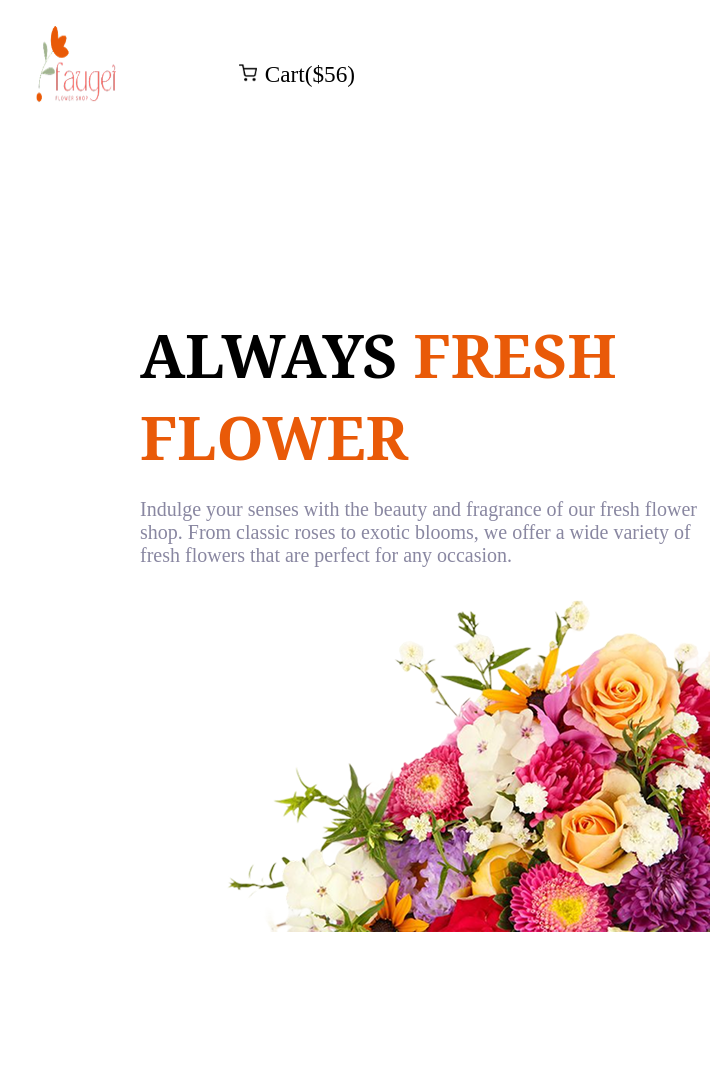
Repository: dollyrakhe22/Flowers-main-website
Page: index.html
The author's editor kept a copy of each file at every save. The page is drawn from the files as they stood at one save, then again after the next save.
The browser window is 375 px wide. The page is 710 px wide, so the pictures cover 710 px, including what lies to the right of the window. The pictures show the whole page.
Some web libraries are served in a nearby version.

Above is the page before, as saved 2025-07-25 01:49:48.

### index.html
<!DOCTYPE html>
<html lang="en">
<head>
    <meta charset="UTF-8">
    <meta name="viewport" content="width=device-width, initial-scale=1.0">
    <title>Flowers Site</title>
    <link rel="stylesheet" href="style.css">
    <link rel="stylesheet" href="https://cdnjs.cloudflare.com/ajax/libs/font-awesome/7.0.0/css/all.min.css" integrity="sha512-DxV+EoADOkOygM4IR9yXP8Sb2qwgidEmeqAEmDKIOfPRQZOWbXCzLC6vjbZyy0vPisbH2SyW27+ddLVCN+OMzQ==" crossorigin="anonymous" referrerpolicy="no-referrer" />
</head>
<body >
  <!--Header-Section -->
    <header>
           <nav class="nav-bar display-flex">
                <img src="assets/logo.png" alt="" srcset="">

                   <ul class="list-link display-flex ">

                <li class="list-item text-black ">Home</li>
                <li class="list-item text-gray">Shop</li>
                <li class="list-item text-gray">About us</li>
                <li class="shopping"><img src="assets/shopping-cart (1).jpg"id="shopping-card" alt="" srcset=""width="15px" height="15px">Cart($56)</li>
             </ul>
           </nav>
           </header>
   <main>
  <!--Fresh Flowers-->
   <!---->
 <section class="flower-section display-flex" hidden>
  <div class="fresh-flower">
   <h1 class="flower-title noto-serif-normal">ALWAYS <span class="primary-color">FRESH<br> FLOWER</span></h1>
   <p class="flower-description text-gray">Indulge your senses with the beauty and fragrance of our fresh flower shop. From classic roses to exotic blooms,
     we offer a wide variety of fresh flowers that are perfect for any occasion. </p>
  </div>
  <div class="flower-img">
    <img src="assets/hero-flower.png" alt="" srcset="">
  </div>

 </section>
 <!--Plants--
<section class="plants-section" hidden>

    <h1 class="plant-title noto-serif-normal"><span class="primary-color">Our</span> Plants</h1>
    <p class="plant-description text-gray">Indulge your senses with the beauty
      and fragrance  of our fresh flower shop. <span style="display: block;"> From classic roses to exotic blooms,a wide variety of fresh.</span>
     </p>
</section>
<!--Plant-Card-Container--
<section hidden>
<div class="card-container">
  <div class="plant-card">
    <img src="assets/sample-flower-image.png" alt="" srcset="">
    <h4 class="lily">Lilly Blossom</h4>
    <p class="price">20 USD</p>
    <button class="btn">ADD TO CART</button>
  </div>
  <div class="plant-card">
    <img src="assets/sample-flower-image.png" alt="" srcset="">
    <h3 class="lily">Lilly Blossom</h3>
    <p class="price">20 USD</p>
    <button class="btn">ADD TO CART</button>
  </div>
  <div class="plant-card">
    <img src="assets/sample-flower-image.png" alt="" srcset="">
    <h3 class="lily">Lilly Blossom</h3>
    <p class="price">20 USD</p>
    <button class="btn">ADD TO CART</button>
  </div>
  <div class="plant-card">
    <img src="assets/sample-flower-image.png" alt="" srcset="">
    <h3 class="lily">Lilly Blossom</h3>
    <p class="price">20 USD</p>
    <button class="btn">ADD TO CART</button>
  </div>

<div class="plant-card">
    <img src="assets/sample-flower-image.png" alt="" srcset="">
    <h3 class="lily">Lilly Blossom</h3>
    <p class="price">20 USD</p>
    <button class="btn">ADD TO CART</button>
  </div>
  <div class="plant-card">
    <img src="assets/sample-flower-image.png" alt="" srcset="">
    <h3 class="lily">Lilly Blossom</h3>
    <p class="price">20 USD</p>
    <button class="btn">ADD TO CART</button>
  </div>
  <div class="plant-card">
    <img src="assets/sample-flower-image.png" alt="" srcset="">
    <h3 class="lily">Lilly Blossom</h3>
    <p class="price">20 USD</p>
    <button class="btn">ADD TO CART</button>
  </div>
  <div class="plant-card">
    <img src="assets/sample-flower-image.png" alt="" srcset="">
    <h3 class="lily">Lilly Blossom</h3>
    <p class="price">20 USD</p>
    <button class="btn">ADD TO CART</button>
  </div>

</div>
</section hidden>
<!--Flowers-Lovers--
<section class="flower-plant display-flex">
  <div class="badge-container">
    <img id="badge" src="assets/trusted-badge.png" alt="" srcset="" >
    <img src="assets/flower-store.png" alt="" srcset="">
  </div>
  <div class="plan-about">
    <h1 class="lover-title noto-serif-normal">Flowers and Plant Lovers</h1>
    <ul class="lover-description">
      <li class="text-gray">Indulge your senses with the beauty and fragrance of our fresh flower shop.
         From classic roses to exotic blooms, we offer a wide variety of fresh.</li>
      <li class="text-gray">Indulge your senses with the beauty and fragrance of our fresh flower shop.
         From classic roses to exotic blooms, we offer a wide variety of fresh.</li>
      <li class="text-gray">Indulge your senses with the beauty and fragrance of our fresh flower shop.
         From classic roses to exotic blooms, we offer a wide variety of fresh.</li>
    </ul>
  </div>
</section>
<!--Latest-Deals--
<section class="latest-section"  hidden>

    <h1 class="latest-title noto-serif-normal"><span class="primary-color">Latest</span> Deals</h1>
    <p class="latest-description text-gray">Indulge your senses with the beauty
      and fragrance  of our fresh flower shop. <span style="display: block;"> From classic roses to exotic blooms,a wide variety of fresh.</span>
     </p>
</section>
<!--Latest-Deals-Box--
 <section class ="latest-box" hidden>
  <div class="row">
    <div class="card" style="background-image:url(assets/deal-bloom.png) " style="background:#C8C8C8;">
        <div class="bloom-text">
          <h4 class="bloom noto-serif-normal">60% Off | Bloom Plant</h4>
         <a href="shop" class="shop">Shop Now</a>

        </div>
      </div>
    <div class="card" style="background-image:url(assets/deal-ana.png)" >
        <div class="bloom-text">
          <h4 class="bloom noto-serif-normal">60% Off | Bloom Plant</h4>
         <a href="shop" class="shop">Shop Now</a>
        </div>

      </div>
  </div>

  <div class="zabo" style="background-image: url(assets/deal-zabo.png);">
  <div class="zabo-text">
    <h1 class="zabo-title noto-serif-normal">25% Off | Zabo Plant</h1>
    <a href="shop" class="zabo-shop">shop Now</a>

  </div>



</div>

 </section>
<!--Search-Section--
<section hidden>
  <div class="branch">

      <h1 class="branch-title noto-serif-normal">Join the colorful Bunch</h1>
       <div class="wrapper">
      <div class="input-data display-flex">
    <input type="text" name="" id="" placeholder="Write email">

    <button class="search-button">Subscribe</button>

      </div>
  </div>
  </div>
</section>

<!--Footer --
<div class="footer display-flex" hidden>
<div class="footer-section">
 <img src="assets/logo.png" alt="" srcset="">
 <p class="text-gray footer-description">Indulge your senses with the
  <br>beauty and fragrance of our fresh <br>flower shop. </p>
</div class="display-flex">


<div class="footer-list">
  <ul>
   <li class="footer-link text-gray" >Home</li>
   <li class="footer-link text-gray">About us</li>
   <li class="footer-link text-gray">Blog</li>
   <li class="footer-link text-gray">FAQ</li>
   <li class="footer-link text-gray">Contact Us</li>

  </ul>
</div>
<div class="footer-list display-flex icon-list">
<div class=" list">
  <ul>
    <li class="footer-link text-gray">Feature</li>
    <li class="footer-link text-gray">Pricing</li>
    <li class="footer-link text-gray">Privacy Of Policy</li>
    <li class="footer-link text-gray">Terms Of Service</li>
    <li class="footer-link text-gray">Help Center</li>
  </ul>

      <span class="social-icon">
      <img src="assets/icon-linkedin.png" alt="" srcset="" width="30px" height="30px" >
    <img src="assets/icon-twitter.png" alt="" srcset=""  width="30px" height="30px" >
    <img src="assets/icon-facebook.png" alt="" srcset="" width="30px" height="30px" >
    <img src="assets/icon-youtube.png" alt="" srcset="" width="30px" height="30px">
      </span>
  </div>
















</div>



    </main>
    <footer>

    </footer>
</body>
</html>

### style.css
@import url('https://fonts.googleapis.com/css2?family=Noto+Serif:ital,wght@0,100..900;1,100..900&display=swap');

*{
    box-sizing: border-box;
    margin: 0;
    padding: 0;
}

.noto-serif-normal{
  font-family: "Noto Serif", serif;
  font-optical-sizing: auto;
  font-style: normal;

}
/*shared style*/
.display-flex{
    display: flex;
}
/*black*/
.text-black{
    color:#252432;
    font-weight: bold;
}
/*dark 02*/
.text-gray{
    color: #8987A1;
}
.primary-color{
    color:#E95A08;
}
/*navbar start*/
.nav-bar{
   justify-content: space-between;
   margin: 20px auto;
   max-width: 1250px;


}
.list-link{
    justify-items: center;
    justify-content: center;
    align-items: center;



}
nav ul li{
    list-style: none;
    margin-right: 30px;
}
#shopping-card{
    margin-right: 8px;
}
/*Fresh Flower*/
.fresh-flower{
    margin-top: 70px;
}
.flower-section{
    max-width: 100%;
   margin: 140px;
   gap: 10px;
}
.flower-title{
      font-size: 3.75rem;
}
.flower-description{
    font-size: 1.25rem;
    margin-top: 20px;
}
/*Plants*/
.plants-section{
  justify-items: center;

}
.plant-title{
    font-size: 2.18rem;
    font-weight: 700;
}
.plant-description{
    font-size: 1.25rem;
    margin-top: 15px;
   text-align: center;

}
/*Plant-Card-Container*/
.card-container{
    max-width: 1150px;
    margin: 45px auto;
    display: grid;
    grid-template-columns: repeat(4,1fr);
    gap: 5px;
}
.plant-card {
    align-items: center;
    justify-items: center;
}
.lily{
    font-size: 1rem;
    font-weight:200;
    margin-top: 10px;
}
.price{
    font-size: 1.06rem;
    font-weight: bold;
    margin-top: 10px;
}
.btn{
   background-color: #E95A08;
   color:white;
   width: 270px;
   height: 33px;
   border: none;
   margin-top: 16px;
   margin-bottom: 12px;
}
/*Flowers and Lover*/
#badge{
    width: 240px;
    height:240px;
    margin-left: 443px;
    margin-bottom: -122px;
    position: relative;

}
.badge-container{
    margin-top: -147px;
}




.flower-plant{
   max-width: 100%;
    margin: 170px 160px ;
     width: 1250px;

}
.plan-about{
    margin-left: -5px;
    width: 300px;
    margin-right: 268px;
    justify-content: center;
    justify-items: center;


}


.flower-plant img{
    width: 590px;
    height: 450px;
}
.lover-title{
    font-size: 50px;
    width: 470px;
    margin-top: -12px;
    margin-left: 124px;
}
.lover-description{
    font-size: 1.25rem;
    margin-top: 30px;
    margin: 21px;
    width: 400px;
}
.lover-description{
     margin-left: 118px;
}
/*latest-Deals*/
.latest-section{
  justify-items: center;


}
.latest-title{
    font-size: 2.18rem;
    font-weight: 700;
    margin-top: -75px;
}
.latest-description{
    font-size: 1.25rem;
    margin-top: 15px;
   text-align: center;

}

/*Latest-Deals-Box*/
.bloom{
    color: white;
    font-size: 1.2rem;

}
   a{
     color:white;
     font-size: 0.8rem;

}
/*
.zabo-font{
    color:white;
    padding: 180px;
    margin-left: 43px;

}
*/
.zabo-title{
    color: white;
    font-size: 2.06rem;
    font-weight: 700;

}
.card{
   background-repeat: no-repeat;


}
.card {
    text-align: center;
    justify-items: center;
    width: 360px;
    height:163px;
    margin-bottom: 19px;
    margin-left: -105px;
    border-radius: 10px;

}
.zabo {
     background-repeat: no-repeat;
     width: 750px;
     height: 345px;
     margin-left: 20px;
     border-radius: 10px;
}


.row{
   display: grid;
 grid-template-columns: repeat(1,1fr);


}
.zabo-text {
    padding: 180px;
    margin-top:-42px;

}
.zabo-shop{
    font-size: 2rem;
    margin-left:105px;
    font-weight: 800;
}
.bloom-text{
   padding: 65px;
}
.shop{
    font-size: 1.3rem;
    margin-left:10px;
}
.latest-box{
    display: flex;
    margin: 50px 267px;
    width: 1140%;
}
/*Search Section*/
.branch{
    background-image: url(assets/news-letter-bg.png);
    margin-bottom: 50px;
    width: 1490px;
    height:398px;
    background-size: cover;
    text-align: center;
    padding: 170px;

}
.input-data{
   justify-content: center;
}

.branch-title{
    font-size: 2.18rem;
    color: white;
}
.wrapper{
    padding: 22px;

}
.input-data{
    height: 39px;
}
input{
    width: 540px;
}
.search-button{
    background-color:#E95A08;
    color: white;
    border: none;
    width: 130px;
}
/*Footer*/
.footer{
   max-width: 100%;
   margin-bottom: 50px;

}
.footer-section{
    margin: 6px 80px;

}
.footer-description{
    font-size: 1.25rem;
    margin-top: 20px;
}
.footer-list{
    margin: 60px;
    margin-left: 100px;
}
.icon-list{
    display: flex ;
    justify-content: center;

}
.list{
         display: inline-flex;
         gap: 10px;

         margin-left: 110px;
}
.social-icon{
    margin-left: 120px;
}
.footer-list ul li{
       list-style: none;
}
.footer-link{
    line-height: 40px;
    font-size: 1.125rem;
}
.social-icon img{
    margin-right: 25px;
}



/*Responsive media query*/
/*Mobile device */
@media screen and (max-width:576px){
    .nav-bar{
        max-width: 100%;
        margin: 24px auto;
        margin-left: 36px;
    }
    nav img{
        width:80px;
        height: 80px;
    }
   .list-link{
     flex-direction: column;
     align-items: center;
   }
   .list-item{
    display: none;
   }
   .shopping{
       font-size: 1.45rem;
        margin-top: 25px;
        margin-right: 20px;
   }
   li img{
    width: 18px;
    height: 18px;

   }
   li{
       margin-bottom: 5px;
       margin-top: 50px;
   }
  .flower-section {
    display: grid;
    grid-template-columns: repeat(1,1fr);
  }
















}

After the next save:
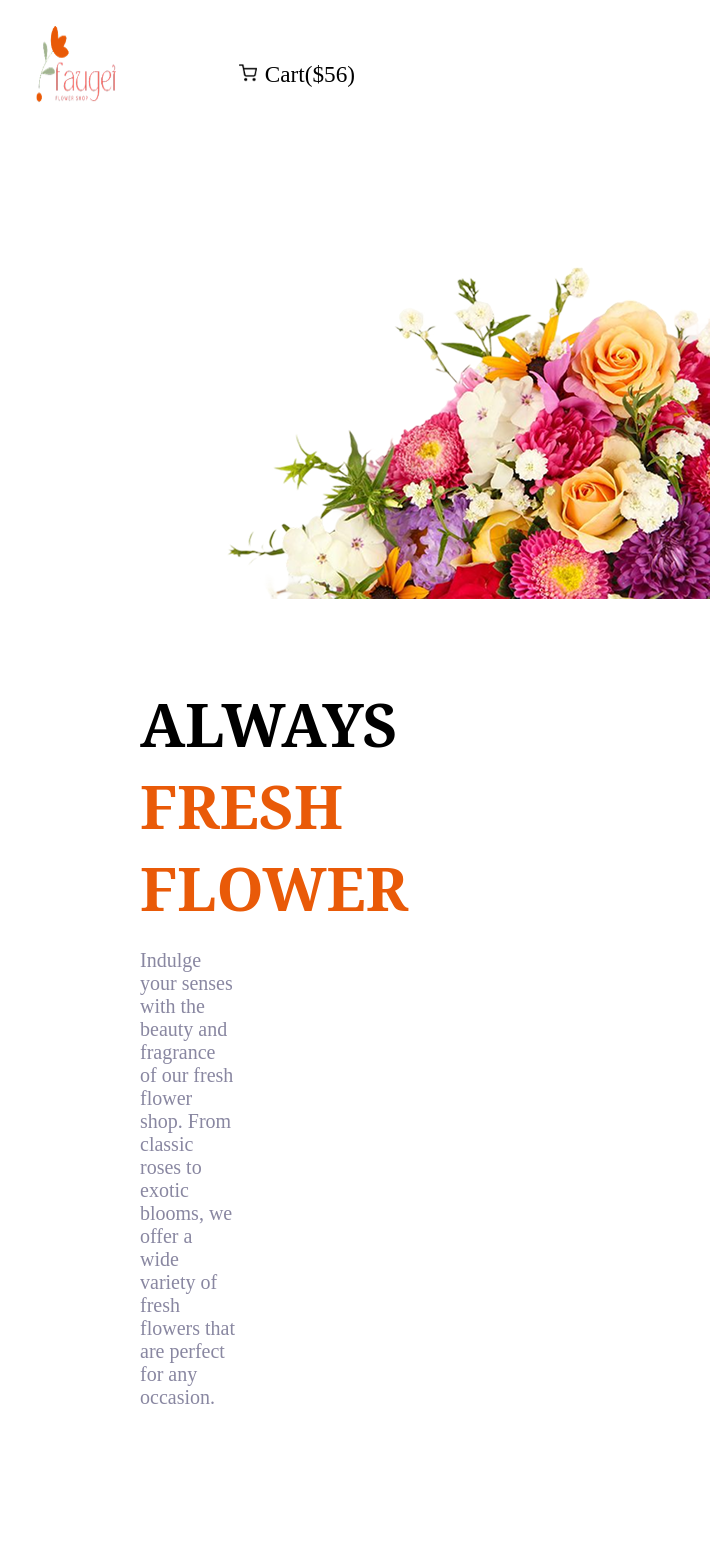
Saved 3 min 11 s later.
--- a/style.css
+++ b/style.css
@@ -374,8 +374,8 @@ input{
        margin-top: 50px;
    }
   .flower-section {
-    display: grid;
-    grid-template-columns: repeat(1,1fr);
+       flex-direction: column-reverse;
+
   }
 
 
